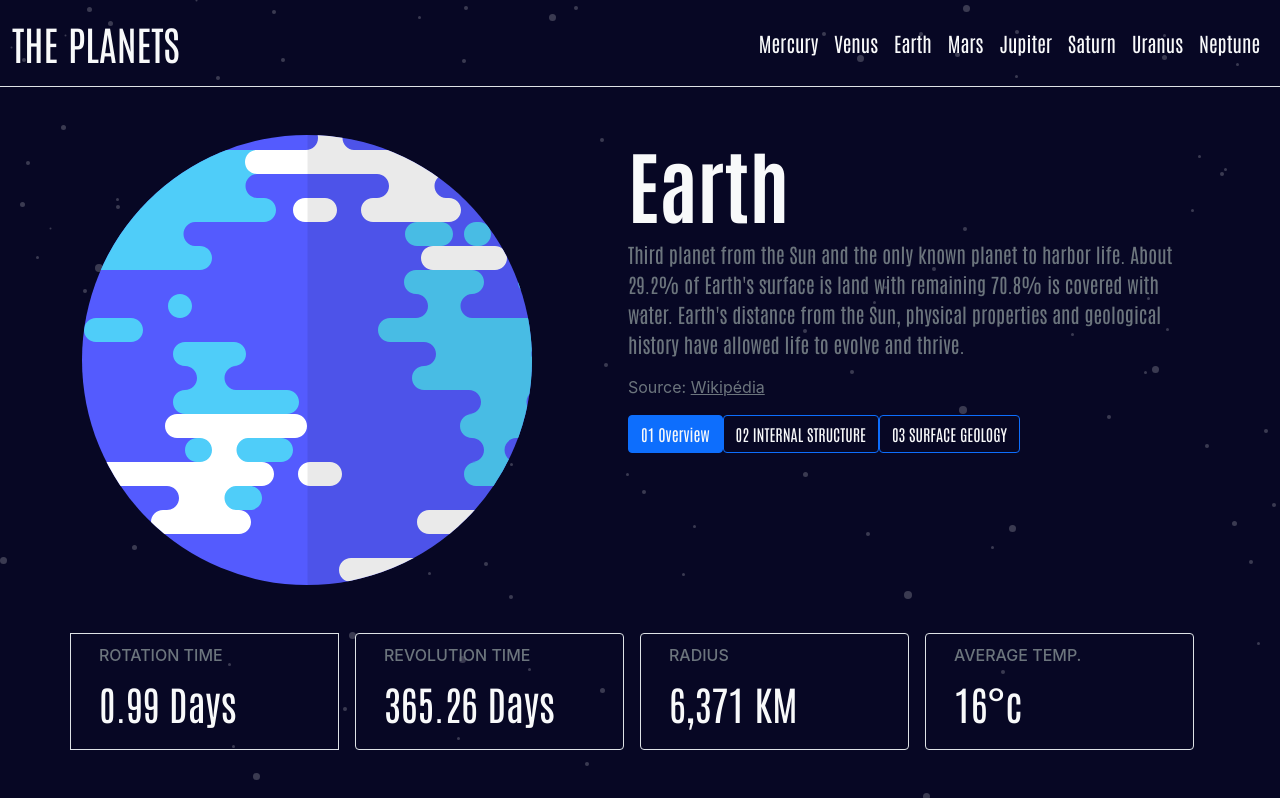
Repository: andre06x/the-planets
Page: /
An editor plug-in stored every save of this project. The page is shown before and after the next save, followed by the edit.
The browser window is 1280 px wide. The pictures show the whole page.
The project was rebuilt for these pictures with package versions that can differ from the ones it lists, and the page was loaded fresh each time.

Above is the page before, as saved 2021-10-19 16:28:02.

### public/index.html
<!DOCTYPE html>
<html lang="en">

<head>
  <meta charset="utf-8" />
  <link rel="icon" href="%PUBLIC_URL%/favicon.ico" />
  <meta name="viewport" content="width=device-width, initial-scale=1" />
  <meta name="theme-color" content="#000000" />
  <link rel="preconnect" href="https://fonts.googleapis.com">
  <link rel="preconnect" href="https://fonts.gstatic.com" crossorigin>
  <link href="https://fonts.googleapis.com/css2?family=Antonio:wght@400;500;600;700&display=swap" rel="stylesheet">
  <meta name="description" content="Web site created using create-react-app" />
  <link rel="apple-touch-icon" href="%PUBLIC_URL%/logo192.png" />
  <link rel="manifest" href="%PUBLIC_URL%/manifest.json" />
  <link rel="stylesheet" href="%PUBLIC_URL%/bootstrap-5.1.3-dist/css/bootstrap.min.css">
  <title>React App</title>
</head>

<body>
  <noscript>You need to enable JavaScript to run this app.</noscript>
  <div id="root"></div>
  <script src="./bootstrap-5.1.3-dist/js/bootstrap.min.js"></script>
</body>

</html>

### src/index.js
import React from 'react';
import ReactDOM from 'react-dom';
import App from './App';
import reportWebVitals from './reportWebVitals';
import Global from './styles/global';

ReactDOM.render(
  <React.StrictMode>
    <Global />
    <App />
  </React.StrictMode>,
  document.getElementById('root')
);

// If you want to start measuring performance in your app, pass a function
// to log results (for example: reportWebVitals(console.log))
// or send to an analytics endpoint. Learn more: https://bit.ly/CRA-vitals
reportWebVitals();

### src/App.js
import logo from './logo.svg';
// import './App.css';
import Header from './components/Header';
import Container from './components/Container';

function App() {
  return (
    <div className="App">
      <Header />
      <Container />
    </div>
  );
}

export default App;

### src/styles/global.js
import { createGlobalStyle } from 'styled-components';
import img from '../background-stars.svg';

export default createGlobalStyle`
  body {
    background-image: url(${img});
    background-color: #070724;
    background-repeat: repeat;
  margin: 0;
  font-family: -apple-system, BlinkMacSystemFont, 'Segoe UI', 'Roboto', 'Oxygen',
    'Ubuntu', 'Cantarell', 'Fira Sans', 'Droid Sans', 'Helvetica Neue',
    sans-serif;
  -webkit-font-smoothing: antialiased;
  -moz-osx-font-smoothing: grayscale;
}

code {
  font-family: source-code-pro, Menlo, Monaco, Consolas, 'Courier New',
    monospace;
}
`;

### src/components/Header.js
import React, { useEffect } from 'react';
import data from '../data.json';
import { usePlanet } from '../zustand';

const Header = () => {
  const planetSetar = usePlanet(state => state.nomePlanet);
  const planet = usePlanet(state => state.planet);

  useEffect(() => {
    console.log(planet)
  }, [planet])

  return (
    <nav class="navbar navbar-expand-lg navbar-dark bg-transparent border-bottom border-muted ">
      <div class="container-fluid d-flex justify-content-between">
        <a class="navbar-brand fs-1 text-light font-antonio" href="#">THE PLANETS</a>
        <button class="navbar-toggler text-light" type="button" data-bs-toggle="collapse" data-bs-target="#navbarSupportedContent" aria-controls="navbarSupportedContent" aria-expanded="false" aria-label="Toggle navigation">
          <span class="navbar-toggler-icon text-light"></span>
        </button>
        <div class="collapse navbar-collapse justify-content-end" id="navbarSupportedContent">
          <div>
            <ul class="navbar-nav me-auto mb-2 mb-lg-0">
              {
                data.map(d => (
                  <li class="nav-item">
                    <a
                      class="nav-link active text-light fs-5 font-antonio"
                      aria-current="page"
                      href="#"
                      onClick={() => planetSetar(d.name)}
                    >
                      {d.name}
                    </a>
                  </li>
                ))
              }
            </ul>
          </div>
        </div>
      </div>
    </nav>
  )
}



export default Header

### src/components/Container.js
import React, { useEffect, useState } from 'react';
// import earth from '../assets/planet-earth.svg';
import data from '../data.json';
import { usePlanet } from '../zustand';

const Container = () => {
  const [selectBox, setSelectBox] = useState(1);
  const planet = usePlanet(state => state.planet);
  // const [planet, setPlanet] = useState('Earth');
  const [text, setText] = useState(data.filter(d => d.name === planet)[0].overview);
  const [imagee, setImagee] = useState('assets/planet-earth.svg');
  const [dataPlanet, setDataPlanet] = useState(['']);



  const op = [
    { id: 1, titulo: '01 Overview' },
    { id: 2, titulo: '02 INTERNAL STRUCTURE' },
    { id: 3, titulo: '03 SURFACE GEOLOGY' },
  ]

  function buttonChange(o) {
    setSelectBox(o.id);

    if (o.id === 1) {
      setText(data.filter(d => d.name === planet)[0].overview);
      setImagee(data.filter(d => d.name === planet)[0].images.planet);
    }

    if (o.id === 2) {
      setText(data.filter(d => d.name === planet)[0].structure);
      setImagee(data.filter(d => d.name === planet)[0].images.internal);

    }

    if (o.id === 3) {
      setText(data.filter(d => d.name === planet)[0].geology);
      setImagee(data.filter(d => d.name === planet)[0].images.geology);

    }

  }

  useEffect(() => {
    setDataPlanet(data.filter(d => d.name === planet)[0]);
    setImagee(data.filter(d => d.name === planet)[0].images.planet);
    setText(data.filter(d => d.name === planet)[0].overview);
    setSelectBox(1);

  }, [planet]);
  return (
    <div className="container mt-md-5">
      <div className="d-flex flex-column">
        <div className="d-flex flex-md-row flex-column-reverse justify-content-between">
          <div className="me-5">
            <img src={imagee} alt="" />
          </div>
          <div className="ms-md-5 d-flex flex-md-column flex-column-reverse">
            <h1 className="display-1 text-light font-antonio fw-bold">
              {planet}
            </h1>
            <p className="lead text-muted font-antonio">
              {text.content}
            </p>
            <span className="text-secondary">
              Source: <a href="" className="text-secondary"> Wikipédia</a>
            </span>

            <div className="d-flex md-flex-column mt-md-3 font-antonio fw-bold">
              {op.map(o => (
                <button
                  className={`btn text-light btn-outline-primary mb-3 ${selectBox === o.id ? ' btn-primary' : ''}`}
                  onClick={() => buttonChange(o)}
                >
                  {o.titulo}
                </button>
              ))}
            </div>
          </div>
        </div>
      </div>
      <div className="row mt-5 mb-5">
        <div class="col me-3 bg-transparent border">
          <div class="card-body">
            <h6 class="card-subtitle mb-2 text-muted">
              ROTATION TIME
            </h6>
            <p class="card-text text-light font-antonio fs-1">
              {dataPlanet.rotation}
            </p>
          </div>
        </div>
        <div class="card col me-3 bg-transparent border">
          <div class="card-body">
            <h6 class="card-subtitle mb-2 text-muted">
              REVOLUTION TIME
            </h6>
            <p class="card-text text-light font-antonio fs-1">
              {dataPlanet.revolution}
            </p>
          </div>
        </div>
        <div class="card col me-3 bg-transparent border">
          <div class="card-body">
            <h6 class="card-subtitle mb-2 text-muted">
              RADIUS
            </h6>
            <p class="card-text text-light font-antonio fs-1">
              {dataPlanet.radius}
            </p>
          </div>
        </div>
        <div class="card col me-3 bg-transparent border">
          <div class="card-body">
            <h6 class="card-subtitle mb-2 text-muted">
              AVERAGE TEMP.
            </h6>
            <p class="card-text text-light font-antonio fs-1">
              {dataPlanet.temperature}
            </p>
          </div>
        </div>
      </div>
    </div>
  )
}

export default Container;

### src/data.json
[
  {
    "name": "Mercury",
    "overview": {
      "content": "Mercury is the smallest planet in the Solar System and the closest to the Sun. Its orbit around the Sun takes 87.97 Earth days, the shortest of all the Sun's planets. Mercury is one of four terrestrial planets in the Solar System, and is a rocky body like Earth.",
      "source": "https://en.wikipedia.org/wiki/Mercury_(planet)"
    },
    "structure": {
      "content": "Mercury appears to have a solid silicate crust and mantle overlying a solid, iron sulfide outer core layer, a deeper liquid core layer, and a solid inner core. The planet's density is the second highest in the Solar System at 5.427 g/cm3 , only slightly less than Earth's density.",
      "source": "https://en.wikipedia.org/wiki/Mercury_(planet)#Internal_structure"
    },
    "geology": {
      "content": "Mercury's surface is similar in appearance to that of the Moon, showing extensive mare-like plains and heavy cratering, indicating that it has been geologically inactive for billions of years. It is more heterogeneous than either Mars's or the Moon’s.",
      "source": "https://en.wikipedia.org/wiki/Mercury_(planet)#Surface_geology"
    },
    "rotation": "58.6 Days",
    "revolution": "87.97 Days",
    "radius": "2,439.7 KM",
    "temperature": "430°c",
    "images": {
      "planet": "assets/planet-mercury.svg",
      "internal": "assets/planet-mercury-internal.svg",
      "geology": "assets/geology-mercury.png"
    }
  },
  {
    "name": "Venus",
    "overview": {
      "content": "Venus is the second planet from the Sun. It is named after the Roman goddess of love and beauty. As the brightest natural object in Earth's night sky after the Moon, Venus can cast shadows and can be, on rare occasions, visible to the naked eye in broad daylight.",
      "source": "https://en.wikipedia.org/wiki/Venus"
    },
    "structure": {
      "content": "The similarity in size and density between Venus and Earth suggests they share a similar internal structure: a core, mantle, and crust. Like that of Earth, Venusian core is most likely at least partially liquid because the two planets have been cooling at about the same rate.",
      "source": "https://en.wikipedia.org/wiki/Venus#Internal_structure"
    },
    "geology": {
      "content": "Much of the Venusian surface appears to have been shaped by volcanic activity. Venus has several times as many volcanoes as Earth, and it has 167 large volcanoes that are over 100 km (60 mi) across. The only volcanic complex of this size on Earth is the Big Island of Hawaii.",
      "source": "https://en.wikipedia.org/wiki/Venus#Surface_geology"
    },
    "rotation": "243 Days",
    "revolution": "224.7 Days",
    "radius": "6,051.8 KM",
    "temperature": "471°c",
    "images": {
      "planet": "assets/planet-venus.svg",
      "internal": "assets/planet-venus-internal.svg",
      "geology": "assets/geology-venus.png"
    }
  },
  {
    "name": "Earth",
    "overview": {
      "content": "Third planet from the Sun and the only known planet to harbor life. About 29.2% of Earth's surface is land with remaining 70.8% is covered with water. Earth's distance from the Sun, physical properties and geological history have allowed life to evolve and thrive.",
      "source": "https://en.wikipedia.org/wiki/Earth"
    },
    "structure": {
      "content": "Earth's interior, like that of the other terrestrial planets, is divided into layers by their chemical or physical (rheological) properties. The outer layer is a chemically distinct silicate solid crust, which is underlain by a highly viscous solid mantle.",
      "source": "https://en.wikipedia.org/wiki/Earth#Internal_structure"
    },
    "geology": {
      "content": "The total surface area of Earth is about 510 million km2. The continental crust consists of lower density material such as the igneous rocks granite and andesite. Less common is basalt, a denser volcanic rock that is the primary constituent of the ocean floors.",
      "source": "https://en.wikipedia.org/wiki/Earth#Surface"
    },
    "rotation": "0.99 Days",
    "revolution": "365.26 Days",
    "radius": "6,371 KM",
    "temperature": "16°c",
    "images": {
      "planet": "assets/planet-earth.svg",
      "internal": "assets/planet-earth-internal.svg",
      "geology": "assets/geology-earth.png"
    }
  },
  {
    "name": "Mars",
    "overview": {
      "content": "Mars is the fourth planet from the Sun and the second-smallest planet in the Solar System, being larger than only Mercury. In English, Mars carries the name of the Roman god of war and is often referred to as the \"Red Planet\".",
      "source": "https://en.wikipedia.org/wiki/Mars"
    },
    "structure": {
      "content": "Like Earth, Mars has differentiated into a dense metallic core overlaid by less dense materials. Scientists initially determined that the core is at least partially liquid. Current models of its interior imply a core consisting primarily of iron and nickel with about 16–17% sulfur.",
      "source": "https://en.wikipedia.org/wiki/Mars#Internal_structure"
    },
    "geology": {
      "content": "Mars is a terrestrial planet whose surface consists of minerals containing silicon and oxygen, metals, and other elements that typically make up rock. The surface is primarily composed of tholeiitic basalt, although parts are more silica-rich than typical basalt.",
      "source": "https://en.wikipedia.org/wiki/Mars#Surface_geology"
    },
    "rotation": "1.03 Days",
    "revolution": "1.88 Years",
    "radius": "3,389.5 KM",
    "temperature": "-28°c",
    "images": {
      "planet": "assets/planet-mars.svg",
      "internal": "assets/planet-mars-internal.svg",
      "geology": "assets/geology-mars.png"
    }
  },
  {
    "name": "Jupiter",
    "overview": {
      "content": "Jupiter is the fifth planet from the Sun and the largest in the Solar System. It is a gas giant with a mass two and a half times that of all the other planets in the Solar System combined, but less than one-thousandth the mass of the Sun.",
      "source": "https://en.wikipedia.org/wiki/Jupiter"
    },
    "structure": {
      "content": "When the Juno arrived in 2016, it found that Jupiter has a very diffuse core that mixes into its mantle. A possible cause is an impact from a planet of about ten Earth masses a few million years after Jupiter's formation, which would have disrupted an originally solid Jovian core.",
      "source": "https://en.wikipedia.org/wiki/Jupiter#Internal_structure"
    },
    "geology": {
      "content": "The best known feature of Jupiter is the Great Red Spot, a persistent anticyclonic storm located 22° south of the equator. It is known to have existed since at least 1831, and possibly since 1665.",
      "source": "https://en.wikipedia.org/wiki/Jupiter#Great_Red_Spot_and_other_vortices"
    },
    "rotation": "9.93 Hours",
    "revolution": "11.86 Years",
    "radius": "69,911 KM",
    "temperature": "-108°c",
    "images": {
      "planet": "assets/planet-jupiter.svg",
      "internal": "assets/planet-jupiter-internal.svg",
      "geology": "assets/geology-jupiter.png"
    }
  },
  {
    "name": "Saturn",
    "overview": {
      "content": "Saturn is the sixth planet from the Sun and the second-largest in the Solar System, after Jupiter. It is a gas giant with an average radius of about nine and a half times that of Earth. It only has one-eighth the average density of Earth.",
      "source": "https://en.wikipedia.org/wiki/Saturn"
    },
    "structure": {
      "content": "Despite consisting mostly of hydrogen and helium, most of Saturn's mass is not in the gas phase, because hydrogen becomes a non-ideal liquid when the density is above 0.01 g/cm3, which is reached at a radius containing 99.9% of Saturn's mass.",
      "source": "https://en.wikipedia.org/wiki/Saturn#Internal_structure"
    },
    "geology": {
      "content": "The outer atmosphere of Saturn contains 96.3% molecular hydrogen and 3.25% helium by volume. The planet's most famous feature is its prominent ring system, which is composed mostly of ice particles with a smaller amount of rocky debris and dust.",
      "source": "https://en.wikipedia.org/wiki/Saturn#Atmosphere"
    },
    "rotation": "10.8 Hours",
    "revolution": "29.46 Years",
    "radius": "58,232 KM",
    "temperature": "-138°c",
    "images": {
      "planet": "assets/planet-saturn.svg",
      "internal": "assets/planet-saturn-internal.svg",
      "geology": "assets/geology-saturn.png"
    }
  },
  {
    "name": "Uranus",
    "overview": {
      "content": "Uranus is the seventh planet from the Sun. Its name is a reference to the Greek god of the sky, Uranus according to Greek mythology, was the great-grandfather of Ares. It has the third-largest planetary radius and fourth-largest planetary mass in the Solar System.",
      "source": "https://en.wikipedia.org/wiki/Uranus"
    },
    "structure": {
      "content": "The standard model of Uranus's structure is that it consists of three layers: a rocky (silicate/iron–nickel) core in the centre, an icy mantle in the middle and an outer gaseous hydrogen/helium envelope. The core is relatively small, with a mass of only 0.55 Earth masses.",
      "source": "https://en.wikipedia.org/wiki/Uranus#Internal_structure"
    },
    "geology": {
      "content": "The composition of Uranus's atmosphere is different from its bulk, consisting mainly of molecular hydrogen and helium. The helium molar fraction, i.e. the number of helium atoms per molecule of gas, is 0.15±0.03 in the upper troposphere.",
      "source": "https://en.wikipedia.org/wiki/Uranus#Atmosphere"
    },
    "rotation": "17.2 Hours",
    "revolution": "84 Years",
    "radius": "25,362 KM",
    "temperature": "-195°c",
    "images": {
      "planet": "assets/planet-uranus.svg",
      "internal": "assets/planet-uranus-internal.svg",
      "geology": "assets/geology-uranus.png"
    }
  },
  {
    "name": "Neptune",
    "overview": {
      "content": "Neptune is the eighth and farthest-known Solar planet from the Sun. In the Solar System, it is the fourth-largest planet by diameter, the third-most-massive planet, and the densest giant planet. It is 17 times the mass of Earth, more massive than its near-twin Uranus.",
      "source": "https://en.wikipedia.org/wiki/Neptune"
    },
    "structure": {
      "content": "Neptune's internal structure resembles that of Uranus. Its atmosphere forms about 5% to 10% of its mass and extends perhaps 10% to 20% of the way towards the core. Increasing concentrations of methane, ammonia and water are found in the lower regions.",
      "source": "https://en.wikipedia.org/wiki/Neptune#Internal_structure"
    },
    "geology": {
      "content": "Neptune's atmosphere is 80% hydrogen and 19% helium. A trace amount of methane is also present. Prominent absorption bands of methane exist at wavelengths above 600 nm, in the red and infrared portion of the spectrum.",
      "source": "https://en.wikipedia.org/wiki/Neptune#Atmosphere"
    },
    "rotation": "16.08 Hours",
    "revolution": "164.79 Years",
    "radius": "24,622 KM",
    "temperature": "-201°c",
    "images": {
      "planet": "assets/planet-neptune.svg",
      "internal": "assets/planet-neptune-internal.svg",
      "geology": "assets/geology-neptune.png"
    }
  }
]

### src/zustand/index.js
import create from 'zustand';

const usePlanet = create(set => ({
  planet: 'Earth',
  nomePlanet: (namePlanet) => set(state => ({ planet: namePlanet}))
}))

export { usePlanet }

Loaded but not shown: src/reportWebVitals.js (common file); public/bootstrap-5.1.3-dist/css/bootstrap.min.css (library); public/bootstrap-5.1.3-dist/js/bootstrap.min.js (library)

After the next save:
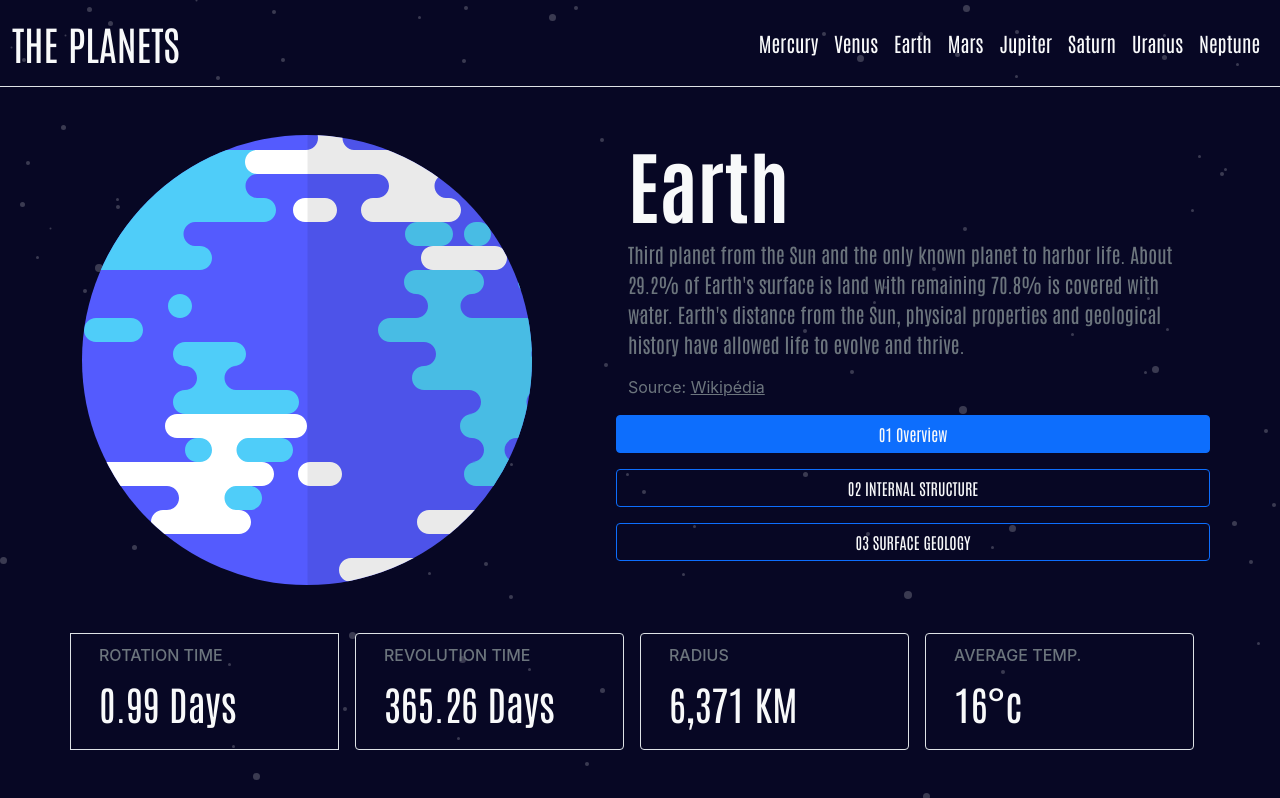
Saved 87 s later.
--- a/src/components/Container.js
+++ b/src/components/Container.js
@@ -66,7 +66,7 @@
               Source: <a href="" className="text-secondary"> Wikipédia</a>
             </span>
 
-            <div className="d-flex md-flex-column mt-md-3 font-antonio fw-bold">
+            <div className="d-flex md-flex-column mt-md-3 font-antonio fw-bold row">
               {op.map(o => (
                 <button
                   className={`btn text-light btn-outline-primary mb-3 ${selectBox === o.id ? ' btn-primary' : ''}`}

After the save that followed:
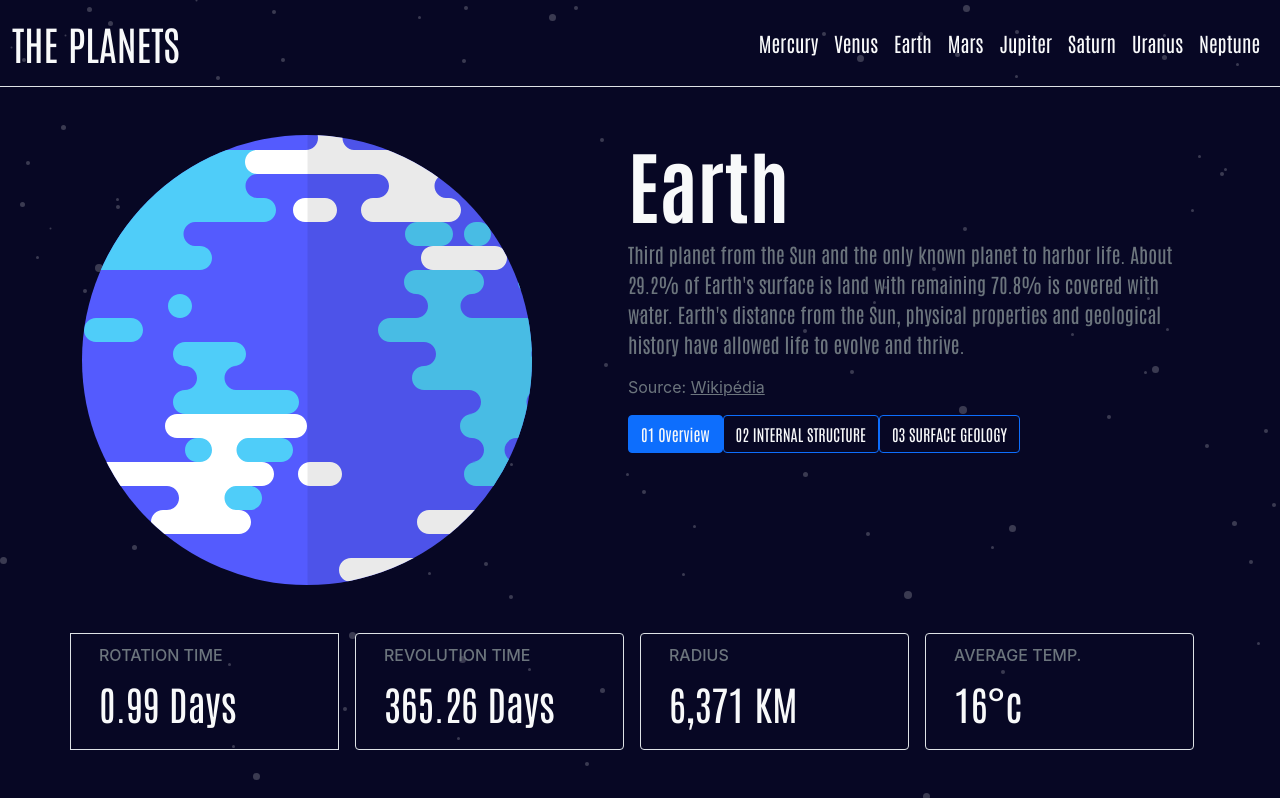
Saved 4 s later.
--- a/src/components/Container.js
+++ b/src/components/Container.js
@@ -66,7 +66,7 @@
               Source: <a href="" className="text-secondary"> Wikipédia</a>
             </span>
 
-            <div className="d-flex md-flex-column mt-md-3 font-antonio fw-bold row">
+            <div className="d-flex md-flex-column mt-md-3 font-antonio fw-bold">
               {op.map(o => (
                 <button
                   className={`btn text-light btn-outline-primary mb-3 ${selectBox === o.id ? ' btn-primary' : ''}`}
